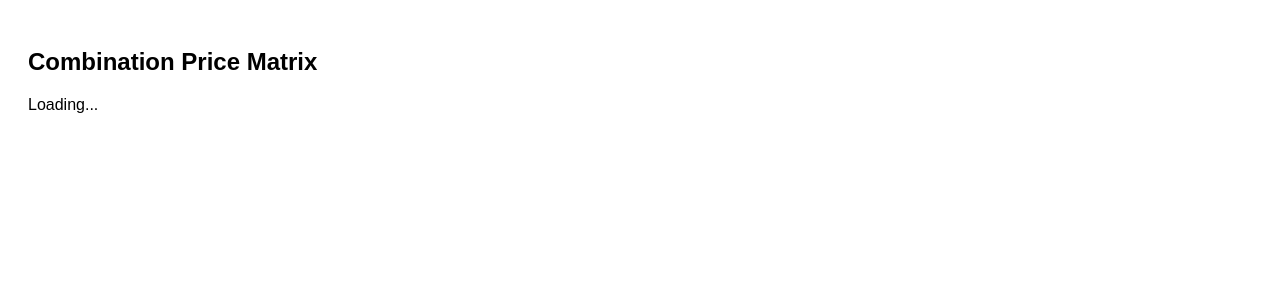
Repository: creesler/minimoqpricing
Page: index.html
The author's editor kept a copy of each file at every save. The page is drawn from the files as they stood at one save, then again after the next save.
The browser window is 1280 px wide. The pictures show the whole page.
The page's requests for data from a server got no answer.

Above is the page before, as saved 2025-05-10 04:37:05.
Console error (its wording comes from the project's code and is left out).

After the next save:
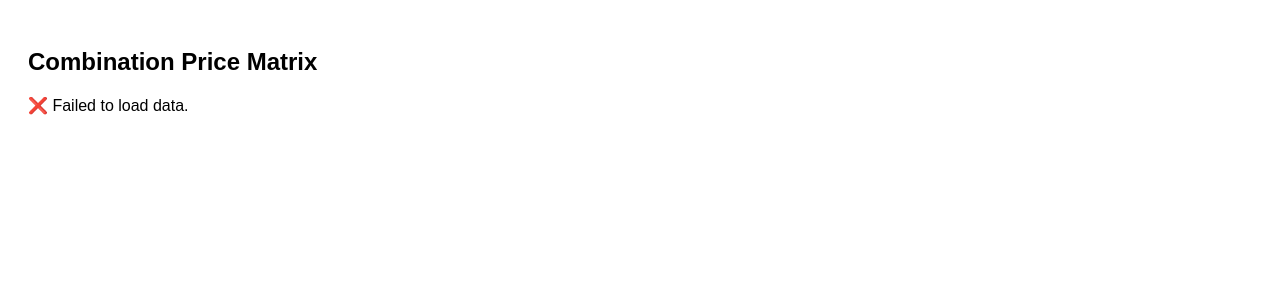
The error is gone.
Saved 6 s later.
--- a/index.html
+++ b/index.html
@@ -33,14 +33,6 @@
     const API_URL = 'http://localhost:3000/api/combinations';
     const overlay = document.getElementById('overlay');
 
-    async function fetchAndRender() {
-      try {
-        const res = await fetch(API_URL);
-        const data = await res.json();
-
-        console.log("Fetched combinations with prices:", data.rows)
-      }
-    }
     async function fetchAndRender() {
       try {
         const res = await fetch(API_URL);
